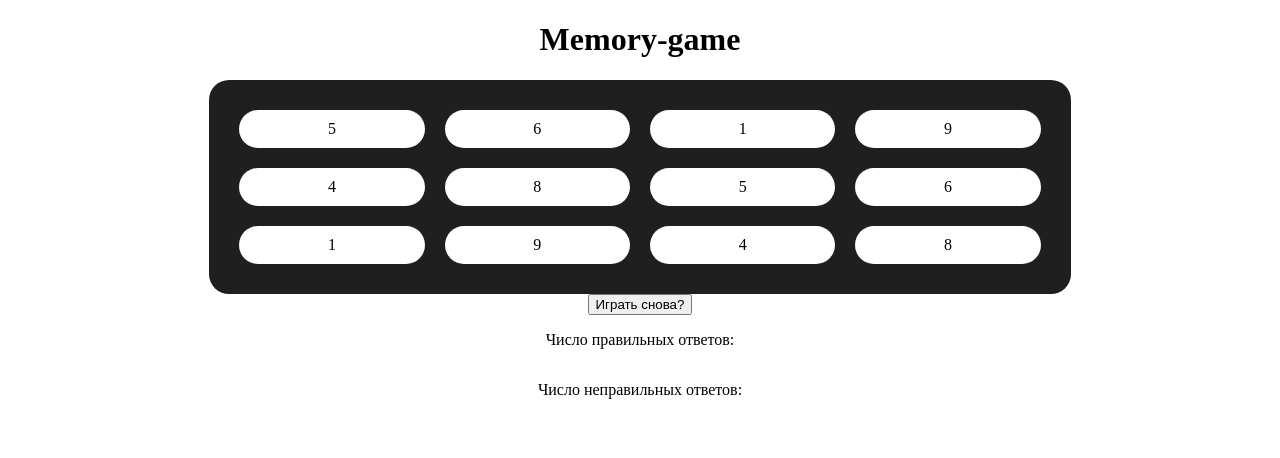
Repository: ortamfag/React_Memory-game
Page: /
An editor plug-in stored every save of this project. The page is shown before and after the next save, followed by the edit.
The browser window is 1280 px wide. The pictures show the whole page.
The project was rebuilt for these pictures with package versions that can differ from the ones it lists, and the page was loaded fresh each time. Also part of the build but not shown: src/components/FieldGame/index.scss.

Above is the page before, as saved 2022-09-12 12:05:40.

### src/App.js
import React from "react";
import "./assets/style/style.scss";

import FieldGame from "./components/FieldGame/FieldGame";
import CounterRightAnswers from "./components/UI/CounterRightAnswers/CounterRightAnswers";
import CounterWrongAnswers from "./components/UI/CounterWrongAnswers/CounterWrongAnswers";
import ResetButton from "./components/UI/ResetButton/ResetButton";

function App() {
  return (
    <div className="App">
      <h1>Memory-game</h1>

      <div className='game'>
        <div className='game__wrapper'>
          <FieldGame/>
        </div>
        <ResetButton/>
        <CounterRightAnswers/>
        <CounterWrongAnswers/>
      </div>
    </div>
  );
}

export default App;

### src/assets/style/style.scss
h1 {
    text-align: center;
    user-select: none;
}

.game{
    display: flex;
    justify-content: center;
    flex-direction: column;
    align-items: center;
    width: 100%;
}

.game__wrapper{
    padding: 20px;
    background-color: #1f1f1f;
    border-radius: 20px;
    display: grid;
    grid-template-columns: 25% 25% 25% 25%;
    width: 65%;
    position: relative;
}

.finally {
    pointer-events: none;
}

.right{
    background-color: green !important
}

### src/components/FieldGame/FieldGame.jsx
import React, { useEffect, useState } from 'react';
import './index.scss';
import ClickPlace from '../UI/ClickPlace/ClickPlace';

const FieldGame = () => {
    let numberArr = new Set()
    const matrixLength = 12

    for (let i = 0; numberArr.size !== matrixLength / 2; i++) {
        numberArr.add(Math.floor(Math.random() * (10 - 1) + 1))
    }

    let setNumber = [...numberArr].concat([...numberArr]).sort(() => {
        return - 1
    })

    const [numberState] = useState(setNumber)

    let [choiceArray, setChoiceArray] = useState([])

    const clickHistory = (click) => {
        click.currentTarget.classList.toggle('finally')
        setChoiceArray([...choiceArray, click.currentTarget.innerHTML])
    }

    useEffect(() => {
        console.log('test')
        if (choiceArray.length === 2) {
            let rightNumberArr = document.querySelectorAll('.finally')
            rightNumberArr = [...rightNumberArr]

            if (choiceArray[0] === choiceArray[1]) {
                rightNumberArr.map((item) => {
                    return item.classList.add('right')
                })

                choiceArray = []

            } else {
                console.log('неправильно')
                rightNumberArr.map((item) => {
                    return item.classList.remove('finally')
                })
                choiceArray = []
            }
        }
    })

    return (
        <>
            {numberState.map((el, i) =>
                <ClickPlace el={el} key={i} clickHistory={clickHistory}/>
            )}
        </>
    );
};

export default FieldGame;

### src/components/UI/CounterRightAnswers/CounterRightAnswers.jsx
import React from 'react';
import './CounterRightAnswers.scss'

const CounterRightAnswers = ({right}) => {
    return (
        <div>
            <p className='counter__text'>Число правильных ответов: {right}</p>
        </div>
    );
};

export default CounterRightAnswers;

### src/components/UI/CounterWrongAnswers/CounterWrongAnswers.jsx
import React from 'react';
import './CounterWrongAnswers.model.scss'

const CounterWrongAnswers = ({wrong}) => {
    return (
        <div>
            <p className='counter__text'>Число неправильных ответов: {wrong}</p>
        </div>
    );
};

export default CounterWrongAnswers;

### src/components/UI/ResetButton/ResetButton.jsx
import React from 'react';
import style from './ResetButton.module.scss'

const ResetButton = () => {
    return (
        <button className='game__button'>
            Играть снова?
        </button>
    );
};

export default ResetButton;

### src/components/UI/ClickPlace/ClickPlace.jsx
import React from 'react';
import style from './ClickPlace.module.scss'

const ClickPlace = ({el, clickHistory}) => {

    return (
        <div onClick={clickHistory} className={style.game__item}>
            {el}
        </div>
    );
};

export default ClickPlace;

### src/components/UI/CounterRightAnswers/CounterRightAnswers.scss
.count {
    font-size: 15px;
    color: black
}

.counter__text {
    user-select: none;
}

### src/components/UI/CounterWrongAnswers/CounterWrongAnswers.model.scss
.counter__text {
    user-select: none;
}

### src/components/UI/ClickPlace/ClickPlace.module.scss
.game__item{
    background-color: #FFFFFF;
    text-align: center;
    margin: 10px;
    border-radius: 20px;
    cursor: pointer;
    -webkit-tap-highlight-color: rgba(255, 255, 255, 0);
    -webkit-tap-highlight-color: transparent;
    user-select: none;
    padding: 10px
}

### src/components/UI/ResetButton/ResetButton.module.scss
.game__button{
    margin-top: 20px;
}

Loaded but not shown: public/index.html (common file); src/index.js (common file)

After the next save:
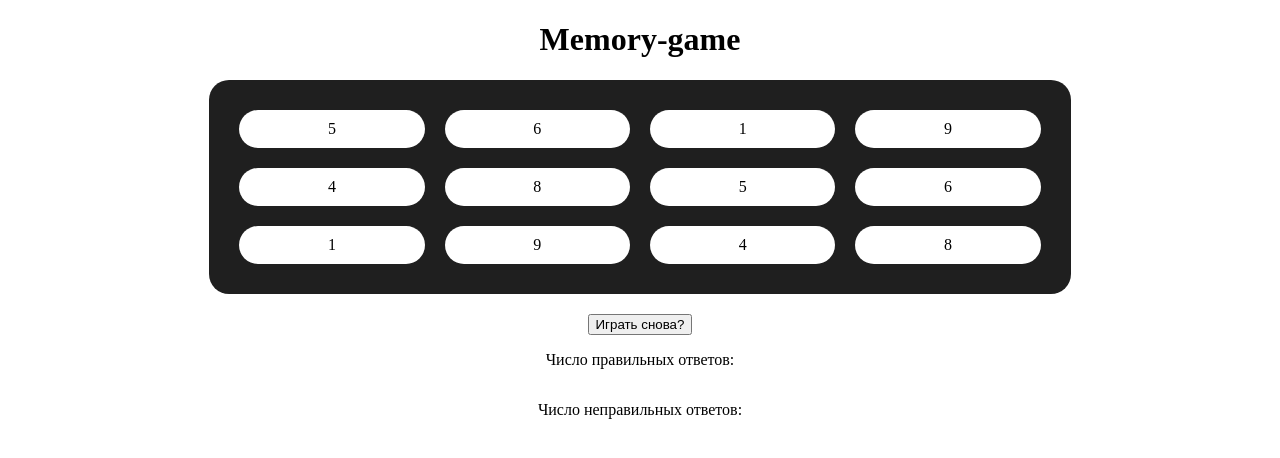
Saved 21 s later.
--- a/src/components/UI/ResetButton/ResetButton.jsx
+++ b/src/components/UI/ResetButton/ResetButton.jsx
@@ -3,7 +3,7 @@ import style from './ResetButton.module.scss'
 
 const ResetButton = () => {
     return (
-        <button className='game__button'>
+        <button className={style.game__button}>
             Играть снова?
         </button>
     );
